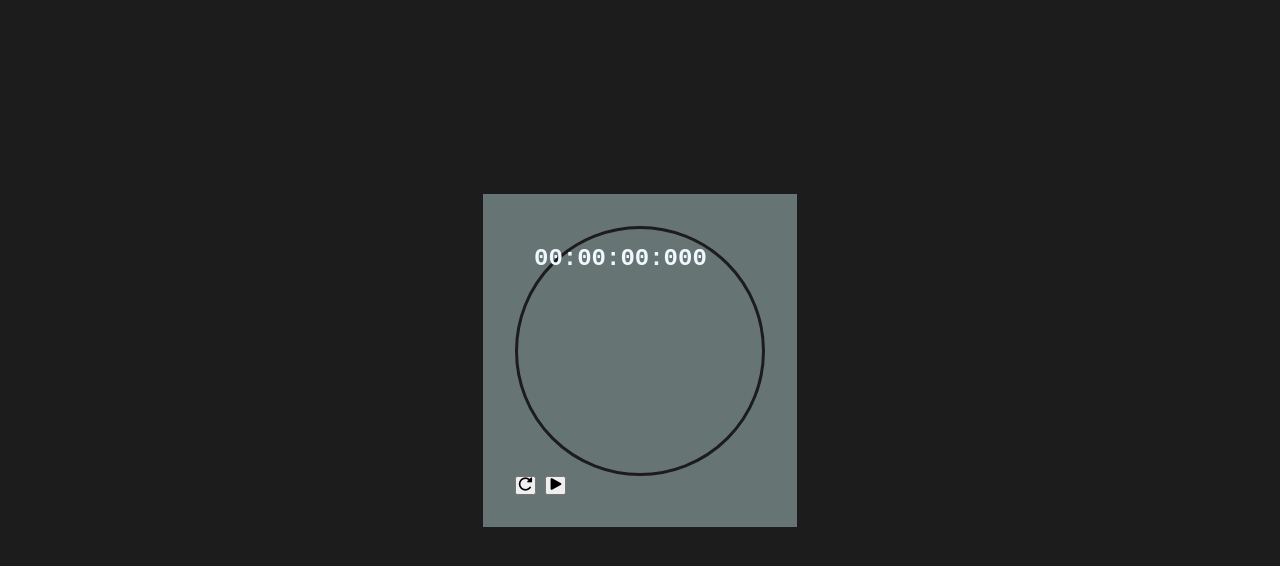
Repository: ValdemarCaculo/TEMPORIZADOR
Page: index.html
The author's editor kept a copy of each file at every save. The page is drawn from the files as they stood at one save, then again after a run of saves.
The browser window is 1280 px wide. The pictures show the whole page.
Some web libraries are served in a nearby version.

Above is the page before, as saved 2025-12-06 14:28:42.

### index.html
<!DOCTYPE html>
<html lang="en">

<head>
    <meta charset="UTF-8">
    <meta name="viewport" content="width=device-width, initial-scale=1.0">
    <link rel="stylesheet" href="/CSS/style.css">
    <link rel="stylesheet" href="https://cdnjs.cloudflare.com/ajax/libs/font-awesome/7.0.1/css/all.min.css"
        integrity="sha512-2SwdPD6INVrV/lHTZbO2nodKhrnDdJK9/kg2XD1r9uGqPo1cUbujc+IYdlYdEErWNu69gVcYgdxlmVmzTWnetw=="
        crossorigin="anonymous" referrerpolicy="no-referrer" />
    <title>Temporizador</title>
</head>

<body>
    <div class="contador">

        <h2 id="time">00:00:00:000</h2>

        <div class="content">

            <button id="reset">
                <i class="fa-solid fa-rotate-right"></i>
            </button>
            <button id="inicio" action="start">
                <i class="fa-solid fa-play">
                </i></button>

        </div>
    </div>



</body>

</html>

### CSS/style.css
* {
    margin: 0;
    padding: 0;
    box-sizing: border-box;
    font-family: 'Courier New', Courier, monospace;
}

body {
    height: 100vh;
    display: flex;
    background-color: #1c1c1c;
    color: aliceblue;
    align-items: center;
    justify-content: center;

}

.contador {
    padding: 2rem;
    background-color: #677474;
}

#time {
    background-color: #677474;
    width:250px;
    height: 250px;
    border: 3px solid #1c1c1c;
    padding: 1rem;
    border-radius: 50%;
    te
}

After the next 2 saves:
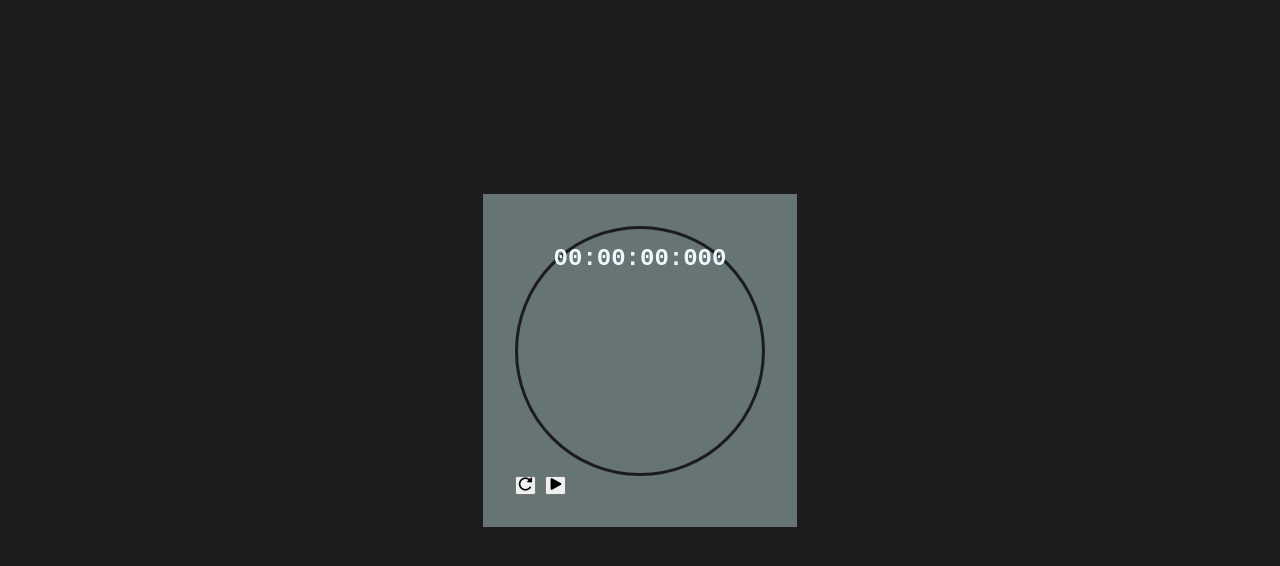
The 2 saves are shown as one change because they came seconds apart.
The last was saved 7 s later.
--- a/CSS/style.css
+++ b/CSS/style.css
@@ -27,5 +27,5 @@ body {
     border: 3px solid #1c1c1c;
     padding: 1rem;
     border-radius: 50%;
-    te
+    text-align: center;
 }
